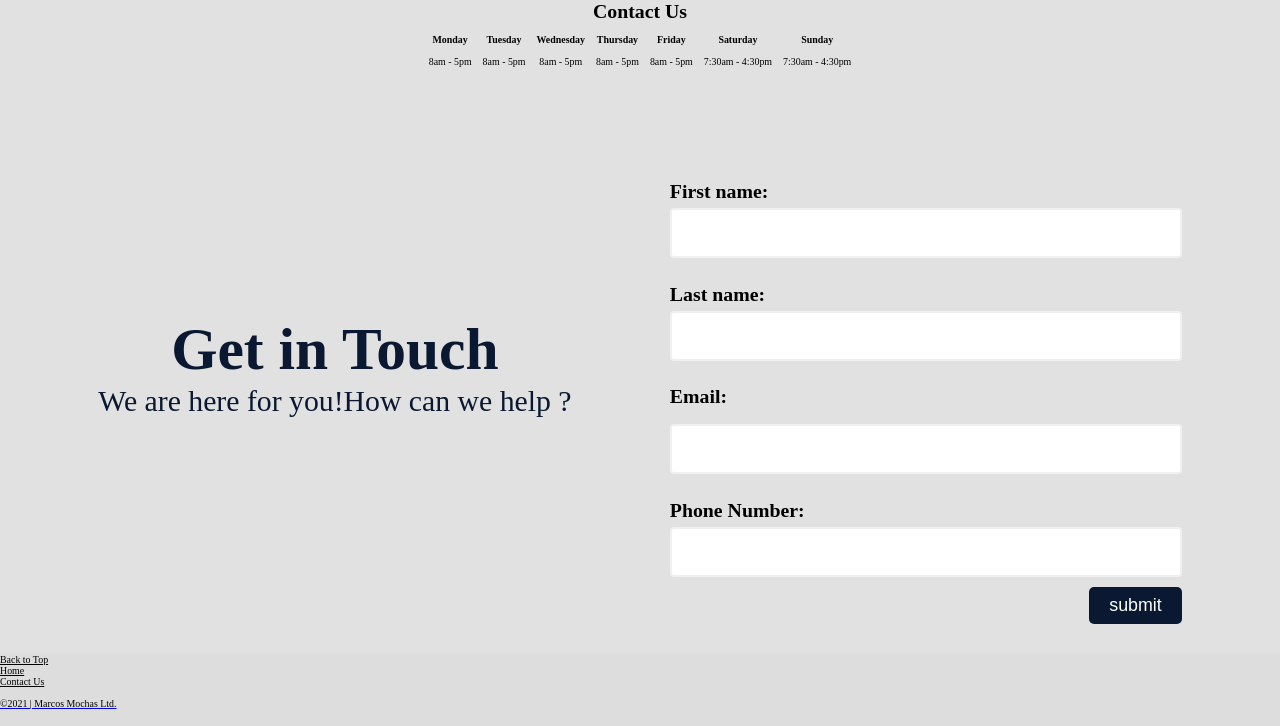
Repository: CAMPSLOPY/marcos-mochas
Page: HTML/contact.html
An editor plug-in stored every save of this project. The page is shown before and after a run of saves, followed by the edit.
The browser window is 1280 px wide. The pictures show the whole page.
Pictures or frames that could not be fetched are drawn as grey boxes.

Above is the page before, as saved 2021-07-02 19:28:30.

After the next 2 saves:
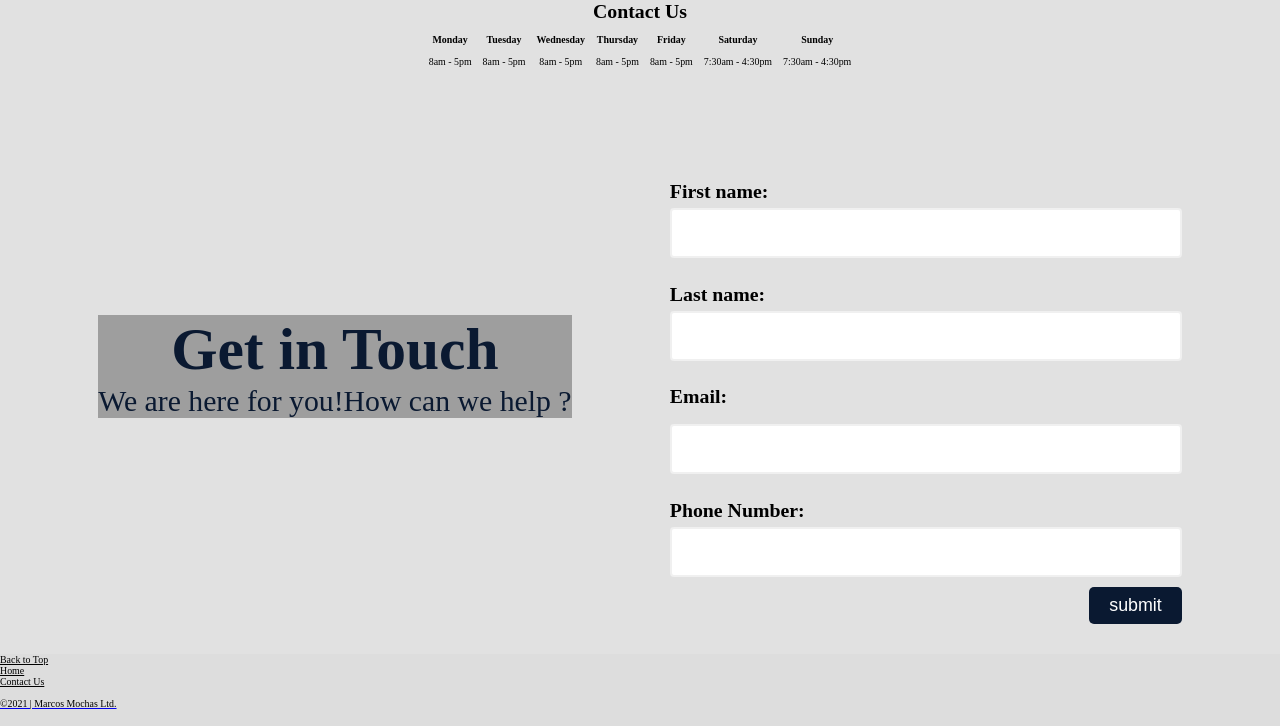
The 2 saves are shown as one change because they came seconds apart.
The last was saved 5 s later.
--- a/CSS/contact.css
+++ b/CSS/contact.css
@@ -51,7 +51,7 @@
 .form-content-text{
     font-size: 3rem;
     color: #0A1931;
-    background-image: url();
+    background-image: url('./');
 }
 .contact-form{
     width: 40%;

After the 2 saves that followed:
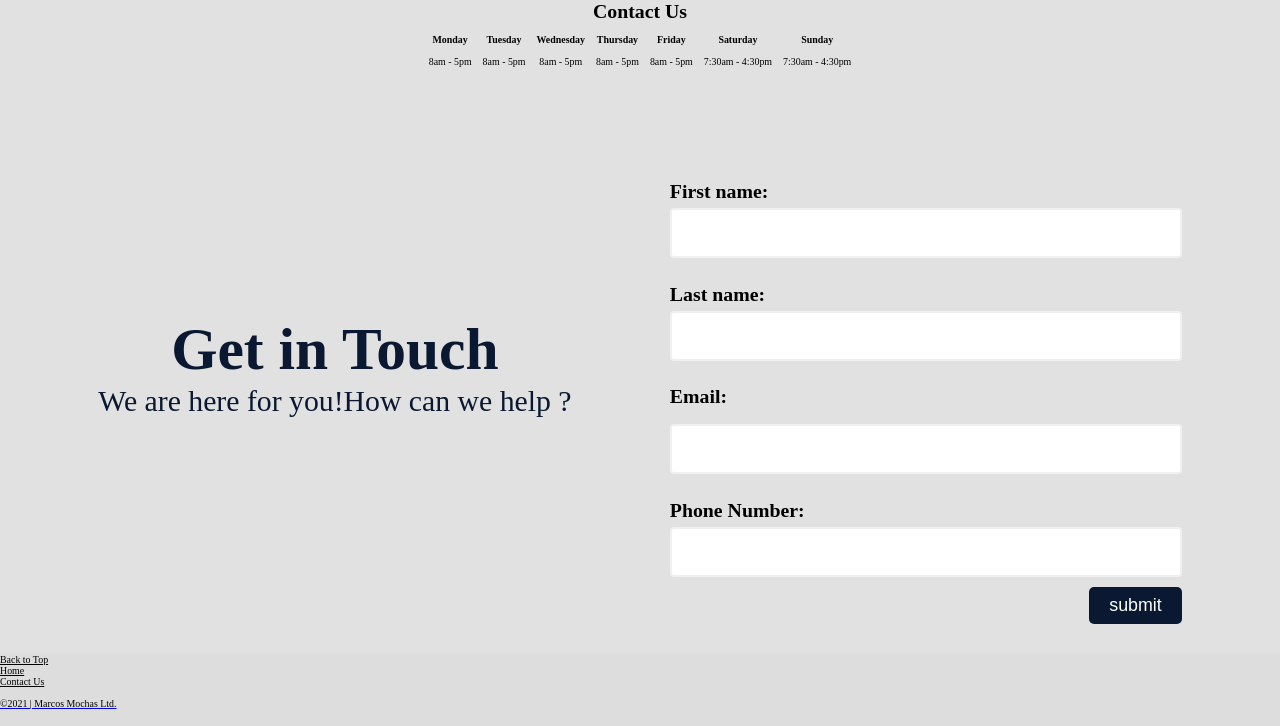
Not found: contact-svg.svg
The 2 saves are shown as one change because they came seconds apart.
The last was saved 6 s later.
--- a/CSS/contact.css
+++ b/CSS/contact.css
@@ -51,7 +51,7 @@
 .form-content-text{
     font-size: 3rem;
     color: #0A1931;
-    background-image: url('./');
+    background-image: url(/contact-svg.svg);
 }
 .contact-form{
     width: 40%;
